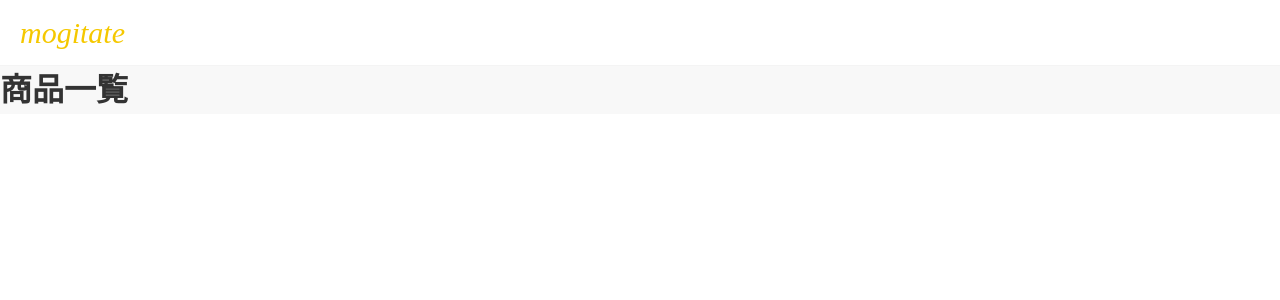
Repository: SuzukiFuminori/test-fruit
Page: http://localhost/products
These files come from the project's save history. The page is drawn as it stood at one moment and after a run of saves; the edit follows.
The browser window is 1280 px wide. The pictures show the whole page.
The page is served by the project's Laravel application, run on PHP 8.4 with Laravel 8. Queries for data that is not in the repository find no rows.

Above is the page before, as saved 2024-12-29 22:37:23.

After the next 3 saves:
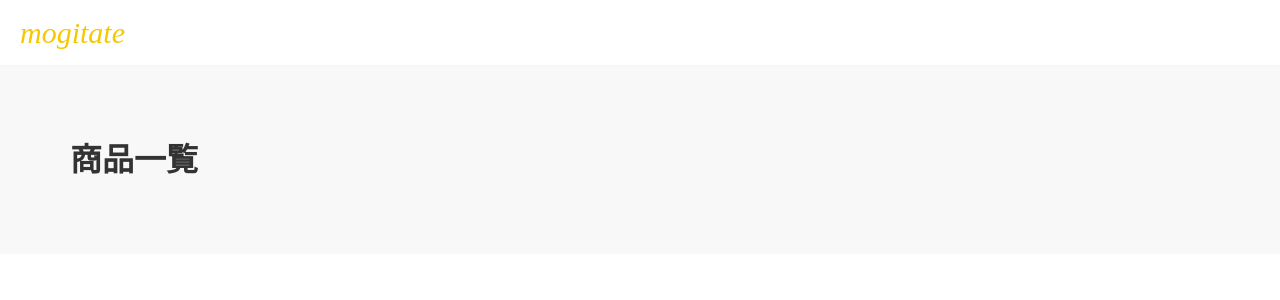
The 3 saves are shown as one change because they came seconds apart.
The last was saved 10 s later.
--- a/src/public/css/common.css
+++ b/src/public/css/common.css
@@ -19,7 +19,7 @@
 main {
   background: #f8f8f8;
   margin: 0 auto;
-  padding:
+  padding: 70px
 }
 
 .content__title {

After the save that followed:
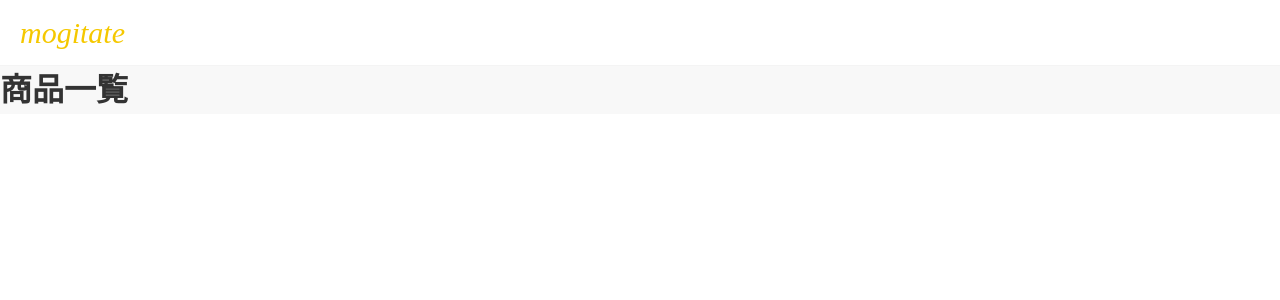
Saved 9 s later.
--- a/src/public/css/common.css
+++ b/src/public/css/common.css
@@ -19,7 +19,7 @@
 main {
   background: #f8f8f8;
   margin: 0 auto;
-  padding: 70px
+  padding: 70px auto;
 }
 
 .content__title {
